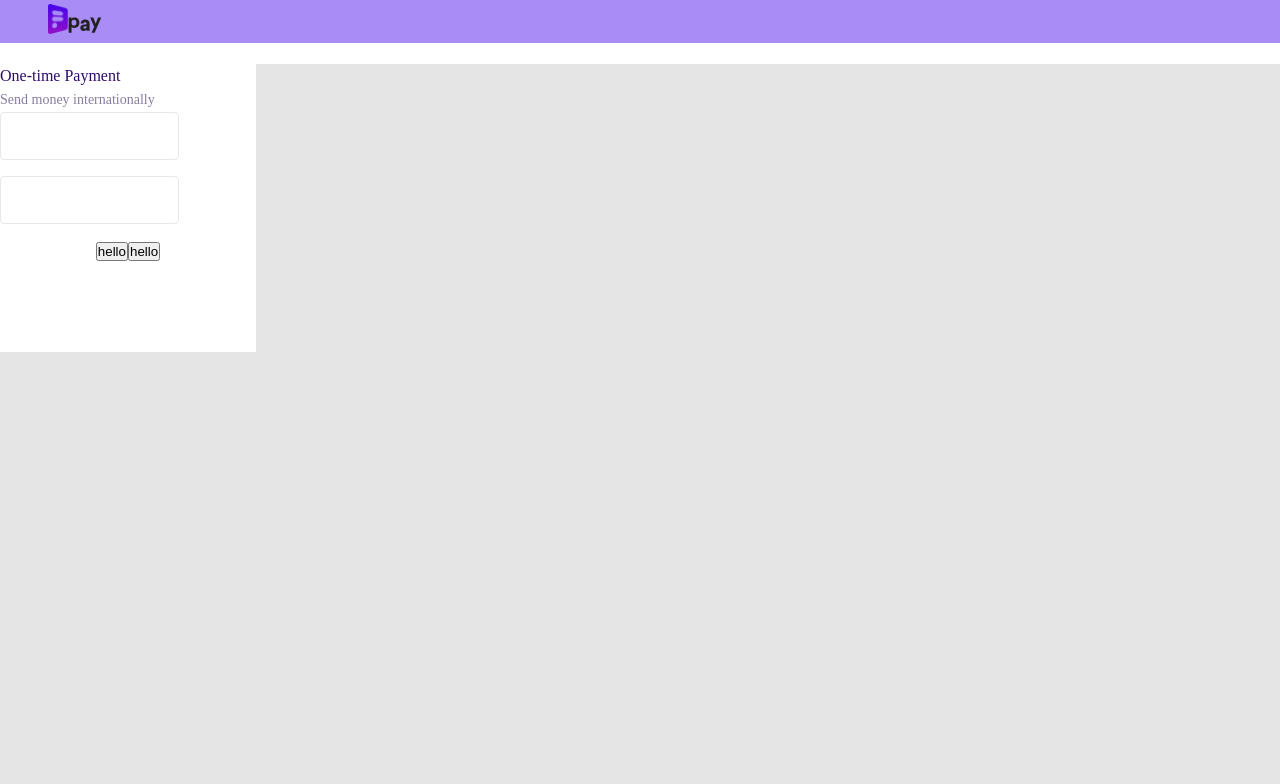
Repository: nilesjamex/fincra
Page: /
The author's editor kept a copy of each file at every save. The page is drawn from the files as they stood at one save, then again after the next save.
The browser window is 1280 px wide. The pictures show the whole page.
The project was rebuilt for these pictures with package versions that can differ from the ones it lists, and the page was loaded fresh each time. The framework's server and built-in components were replaced by stand-ins that run in the browser. Also part of the build but not shown: next.config.js.

Above is the page before, as saved 2021-11-01 11:06:52.

After the next save:
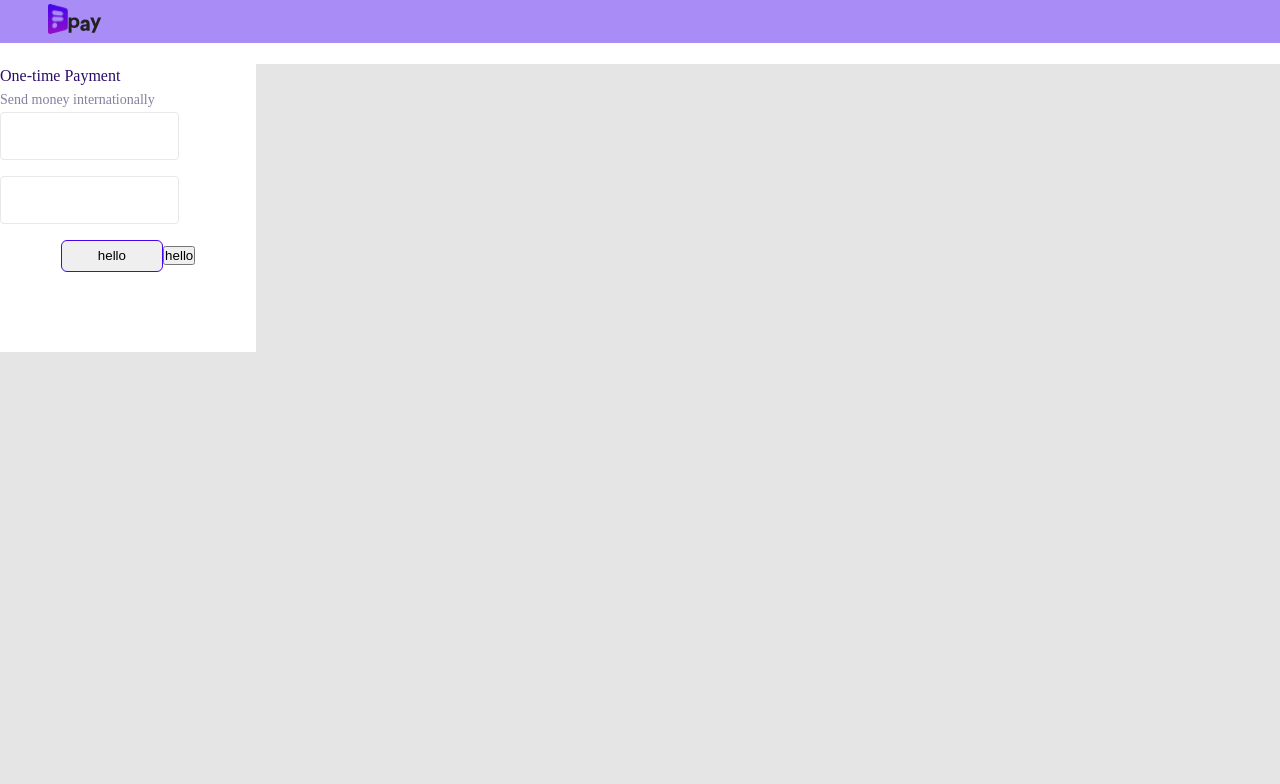
Saved 2 min 28 s later.
--- a/Components/pay.module.css
+++ b/Components/pay.module.css
@@ -34,3 +34,10 @@
     box-sizing: border-box;
     border-radius: 4px;
 }
+.compare {
+    height: 2rem;
+    width: 40%;
+    border: 1px solid #4305EB;
+    box-sizing: border-box;
+    border-radius: 6px;
+}
